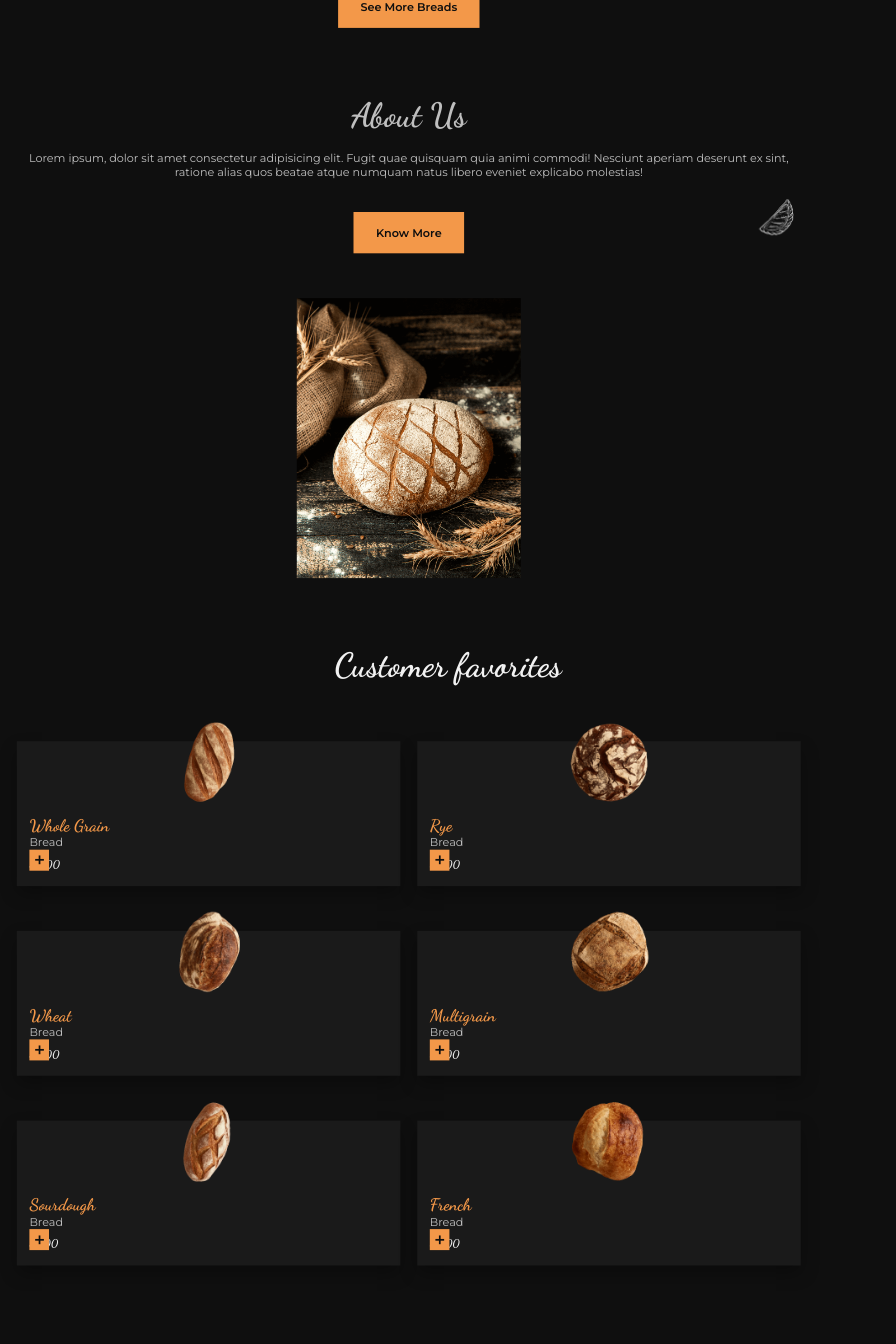
Repository: dinhhaidh/Bakery-web
Page: index.html
These files come from the project's save history. The page is drawn as it stood at one moment and after a run of saves; the edit follows.
The browser window is 1280 px wide. The pictures show the part of the page from y = 1777 to 3697 px (the page is 3697 px tall), at 70% of full size.
Some web libraries are served in a nearby version.

Above is the page before, as saved 2024-01-16 15:20:26.

After the next 2 saves:
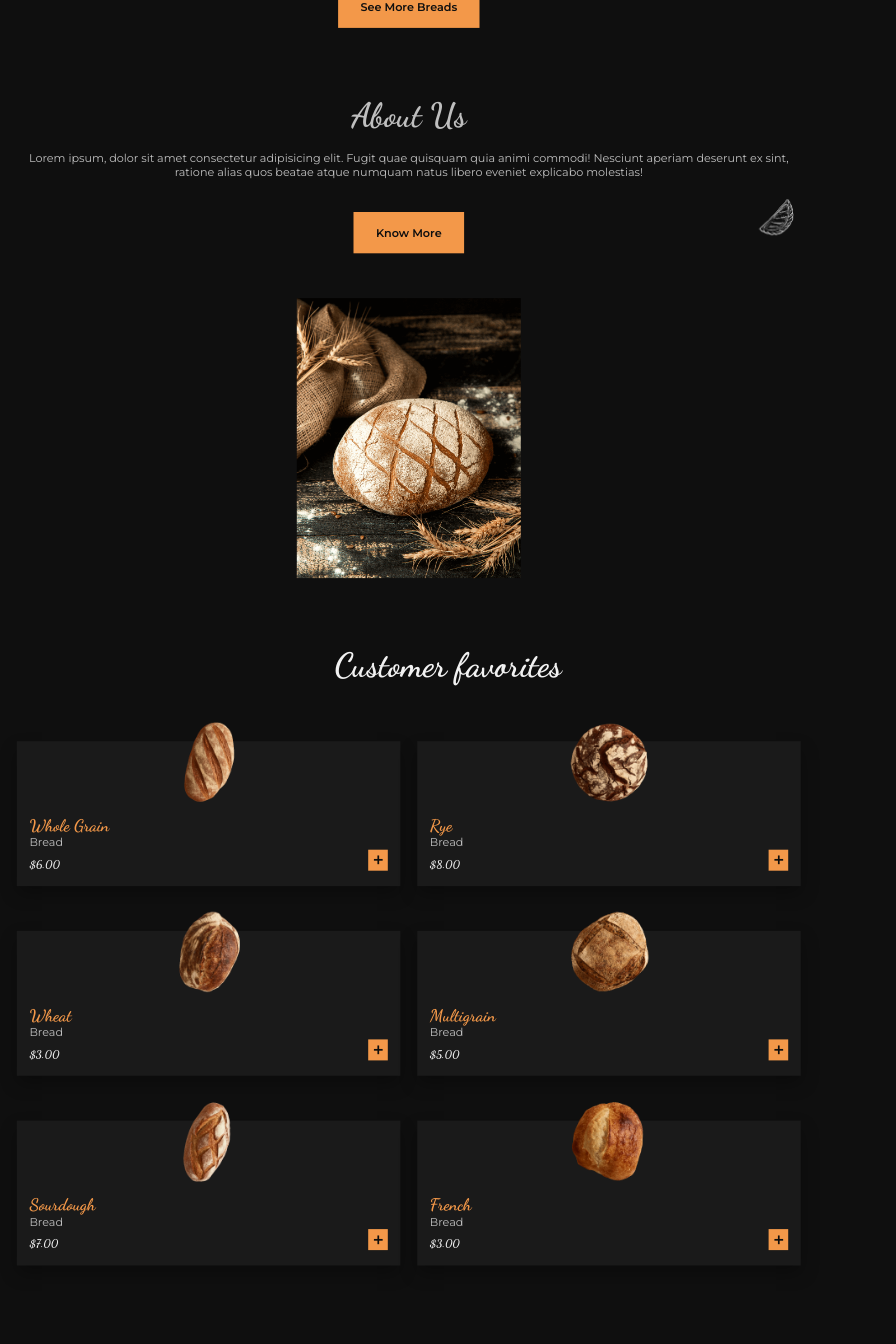
The 2 saves are shown as one change because they came seconds apart.
The last was saved 5 s later.
--- a/css/style.css
+++ b/css/style.css
@@ -427,6 +427,8 @@ transition: border-color .4s;
     font-size: 1.25rem;
     position: absolute;
     bottom: 1.25rem;
+    right: 1rem;
+
 }
 .button{
 
